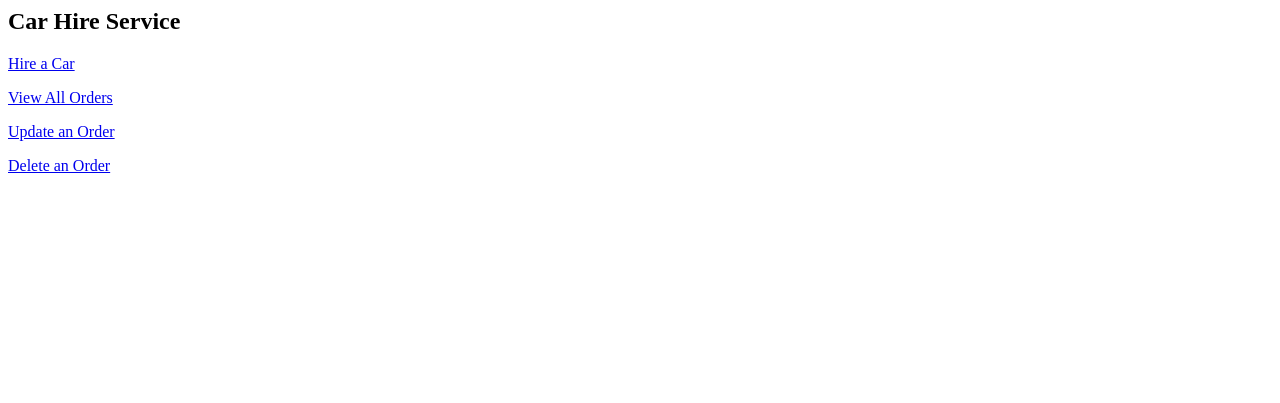
Repository: BrianD147/4th-Year-Project-Distributed-Systems
Page: http://localhost/REST/
An editor plug-in stored every save of this project. The page is shown before and after the next save, followed by the edit.
The browser window is 1280 px wide. The pictures show the whole page.
The page is served by Tomcat 9.

Above is the page before, as saved 2018-12-08 19:34:58.

After the next save:
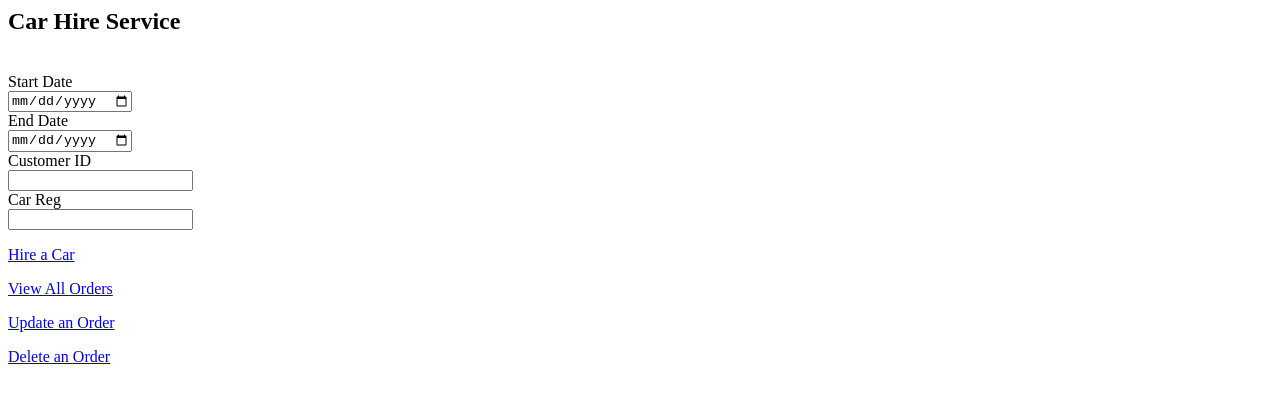
Saved 20 min 28 s later.
--- a/REST/src/main/webapp/index.jsp
+++ b/REST/src/main/webapp/index.jsp
@@ -1,6 +1,16 @@
 <html>
 <body>
     <h2>Car Hire Service</h2>
+    <form action="NewOrder" method="post">
+    	<br/> Start Date <br/>
+    	<input type="date" name="startDate">
+    	<br/> End Date <br/>
+	    <input type="date" name="endDate">
+	    <br/> Customer ID <br/>
+	    <input type="number" name="custID">
+	    <br/> Car Reg <br/>
+	    <input type="text" name="carReg">
+    </form>
     <p><a href="webapi/myresource/write">Hire a Car</a>
     <p><a href="webapi/myresource/read">View All Orders</a>
     <p><a href="webapi/myresource">Update an Order</a>
